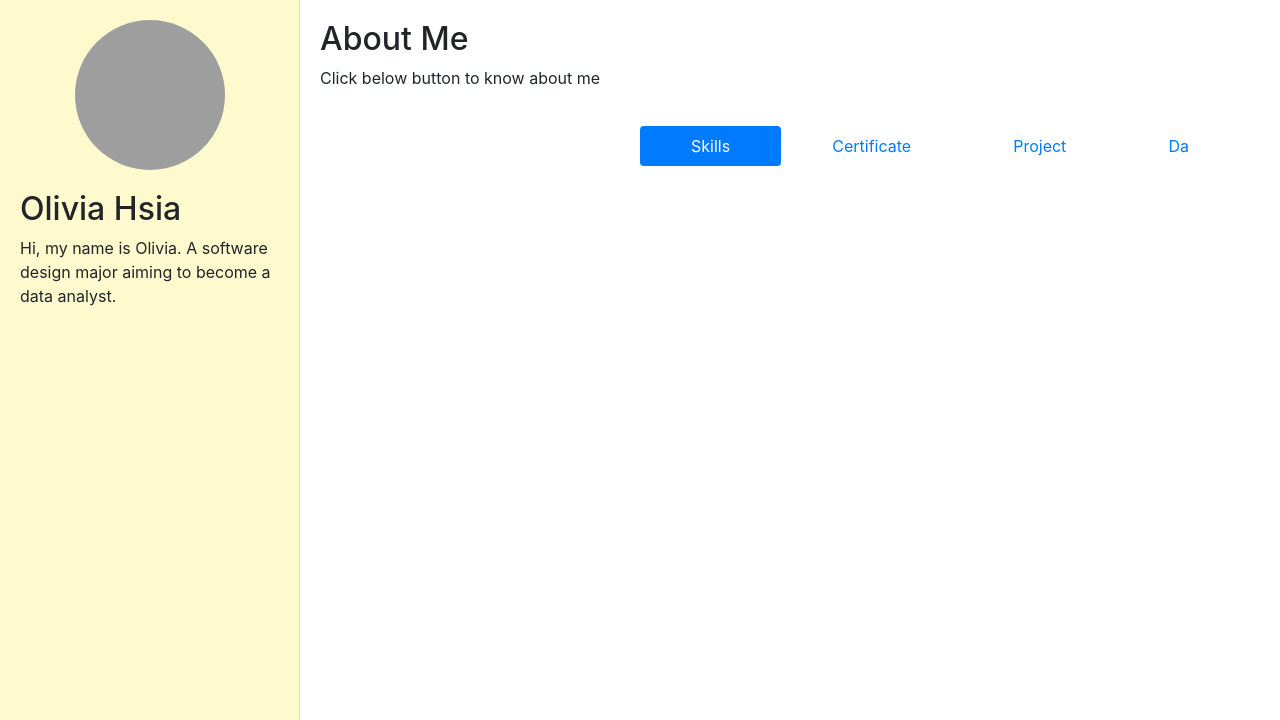
Repository: oliviahsia/FinalProject
Page: src/main/webapp/WEB-INF/main.html
The author's editor kept a copy of each file at every save. The page is drawn from the files as they stood at one save, then again after the next save.
The browser window is 1280 px wide. The pictures show the whole page.
Pictures or frames that could not be fetched are drawn as grey boxes. An inner scrolling area shows only its first screen. Some web libraries are served in a nearby version.

Above is the page before, as saved 2024-03-09 15:46:24.

After the next save:
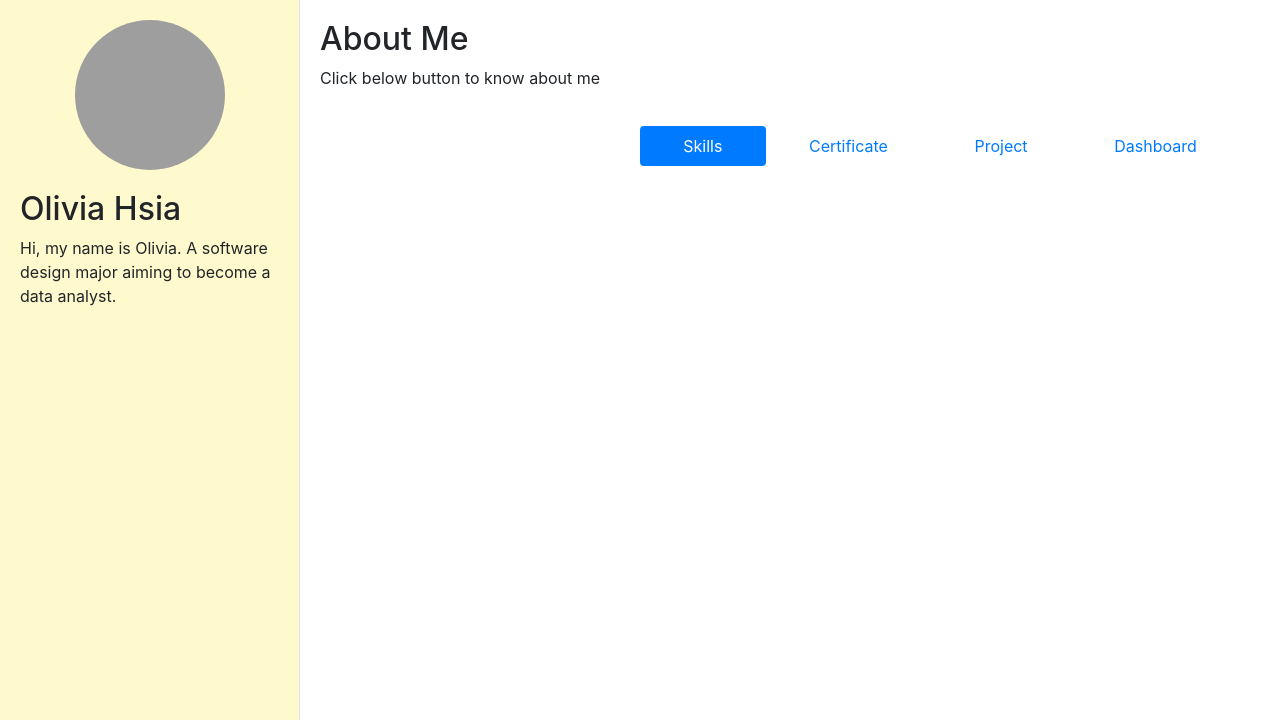
Saved 5 s later.
--- a/src/main/webapp/WEB-INF/main.html
+++ b/src/main/webapp/WEB-INF/main.html
@@ -41,7 +41,7 @@
           <a class="nav-link" href="#" onclick="showSection('Project',this)">Project</a>
         </li>
         <li class="nav-item">
-          <a class="nav-link" href="#" onclick="showSection('Project',this)">Da</a>
+          <a class="nav-link" href="#" onclick="showSection('Project',this)">Dashboard</a>
         </li>
 
       </ul>
